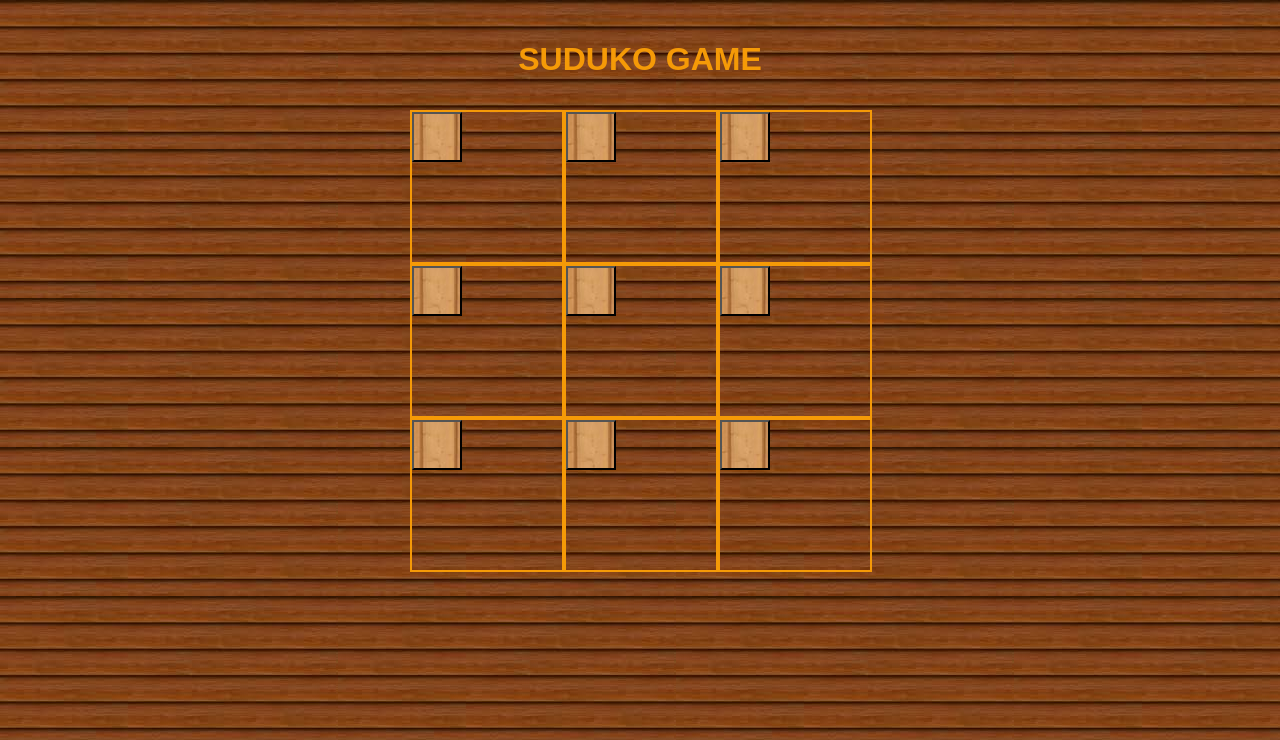
Repository: ahmad8969/Suduko-Game-React-App
Page: /
An editor plug-in stored every save of this project. The page is shown before and after the next save, followed by the edit.
The browser window is 1280 px wide. The pictures show the whole page.
Some web fonts or font styles are not loaded; a fallback is used. The project was rebuilt for these pictures with package versions that can differ from the ones it lists, and the page was loaded fresh each time.

Above is the page before, as saved 2021-02-25 22:30:07.

After the next save:
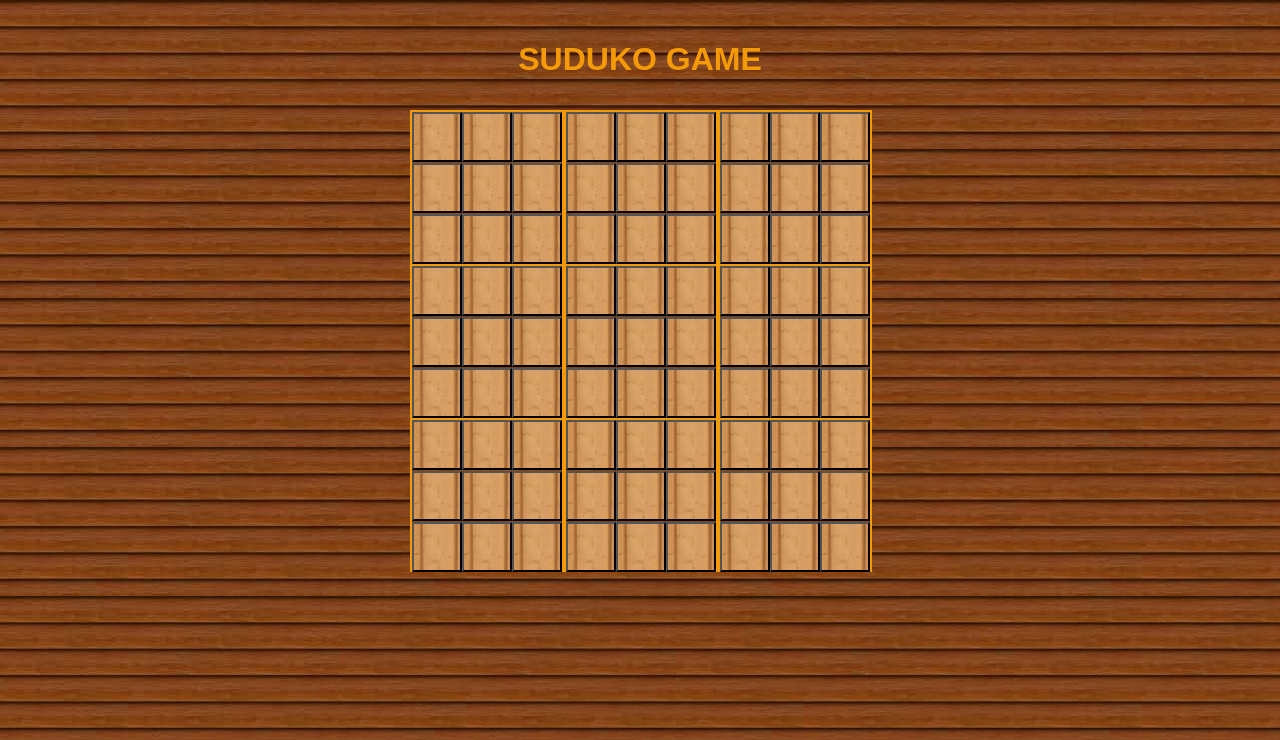
Saved 4 h 15 min later.
--- a/src/board.js
+++ b/src/board.js
@@ -15,8 +15,12 @@ function Board () {
 
       <div>
       <NineBlock>
-      {
+      {nine_block_Element_into_Nine.map(()=>{
+      return(
+        <div>
           <Block></Block>
+          </div>
+      )})
       }
       </NineBlock>
       </div>
